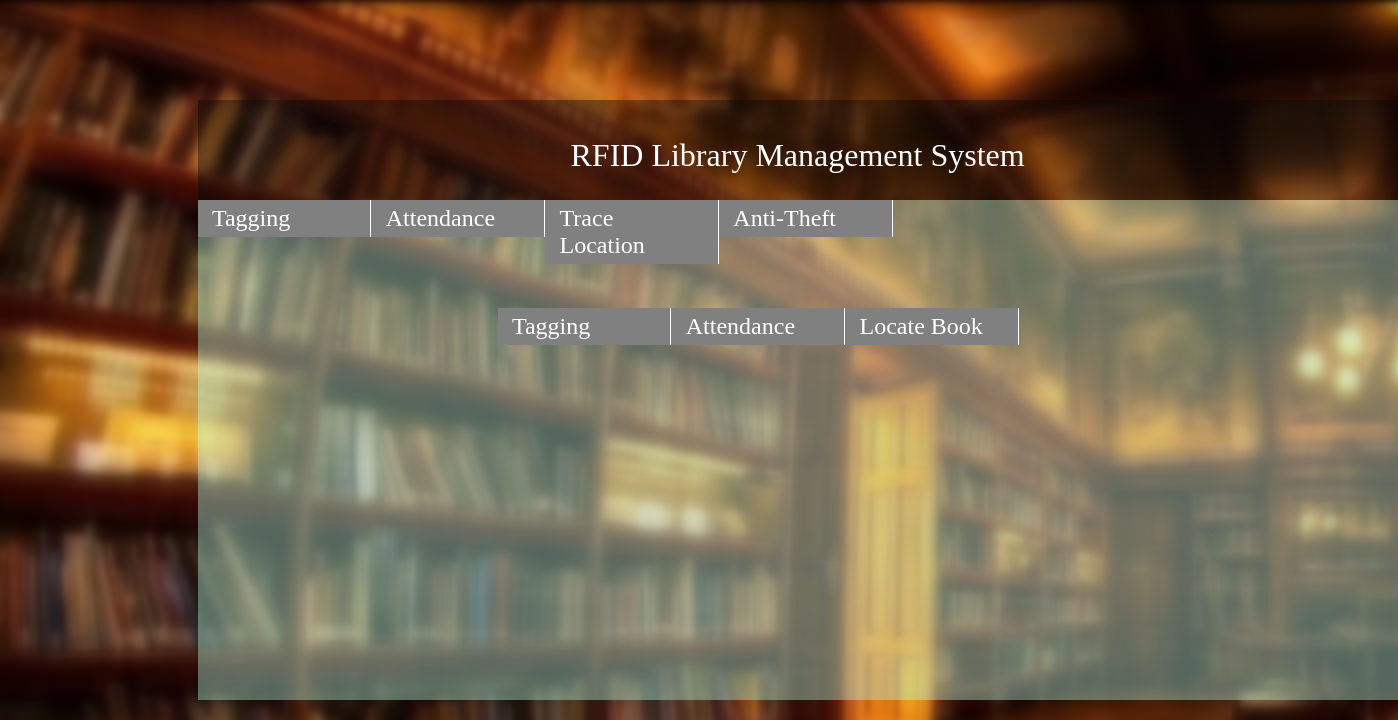
Repository: vigineshs/A-Smart-Data-Analyzer-for-Library-Management-System
Page: http://localhost/librarymgmt/
The author's editor kept a copy of each file at every save. The page is drawn from the files as they stood at one save, then again after the next save.
The browser window is 1280 px wide. The page is 1398 px wide, so the pictures cover 1398 px, including what lies to the right of the window. The pictures show the whole page.
The page is served by Tomcat 9. Other server files are loaded and not shown.

Above is the page before, as saved 2013-02-11 14:25:19.

### PassiveRFID/CS203-Version 1.0.6/Demo Applications/Dot Net C#/Demo Applications Source Code/RFID/librarymgmt/WebContent/index.jsp
<%@ page language="java" contentType="text/html; charset=ISO-8859-1"
    pageEncoding="ISO-8859-1"%>
<!DOCTYPE html>
<html>
<head>
<title>RFID | Library Management System</title>
<link rel="stylesheet" type="text/css" href="page.css ">

</head>
<body  >
<div class="center">
<div id="container">
<div id="header"><br/>
RFID Library Management System
</div>
<div id="content">
<ul>
<li><a href="tag.jsp">Tagging</a></li>
<li><a href="attend.jsp">Attendance</a></li>
<li><a href="locate.jsp">Trace Location</a></li>
<li><a href="#">Anti-Theft</a></li>
</ul>
<br/><br/><br/><br/>
	<div id="lcon">

	</div>
	<div id="rcon">
<ul>
<li><a href="tag.jsp">Tagging</a></li>
<li><a href="attend.jsp">Attendance</a></li>
<li><a href="locate.jsp">Locate Book</a></li>
</ul>
	</div>
</div>
</div>
</div>
</body>
</html>

### PassiveRFID/CS203-Version 1.0.6/Demo Applications/Dot Net C#/Demo Applications Source Code/RFID/librarymgmt/WebContent/page.css
#container
{


width:1200px;
height:500px;
margin:0px;

}

ul
{

width:100%;
padding:0;
margin:0;
list-style-type:none;
}

a
{
float:left;
width:6em;
text-decoration:none;
color:white;
background-color:grey;
padding:0.2em 0.6em;
border-right:1px solid white;
}

a:hover {background-color:white;
color:black;}

li {display:inline;}


.center
{
margin-left:auto;
margin-right:auto;
width:70%;
}

body
{
background-image:url('images/lib.jpg');
}

#header
{
background-image:url('images/header.png');
font-family:Monotype Corsiva;
font-size:32px;
color:white;
height:100px;
text-align:center;
float:center;
margin-top:100px;
}

#content
{
background-image:url('images/content.png');
width:1200px;
height:500px;
margin-left:0px;
overflow:hidden;
font-size:24px;
float:center;
}

#lcon
{
width:300px;
height:100%
overflow:hidden;
}

#rcon
{
width:700px;
height:100%
overflow:hidden;
margin-left:300px;
}

After the next save:
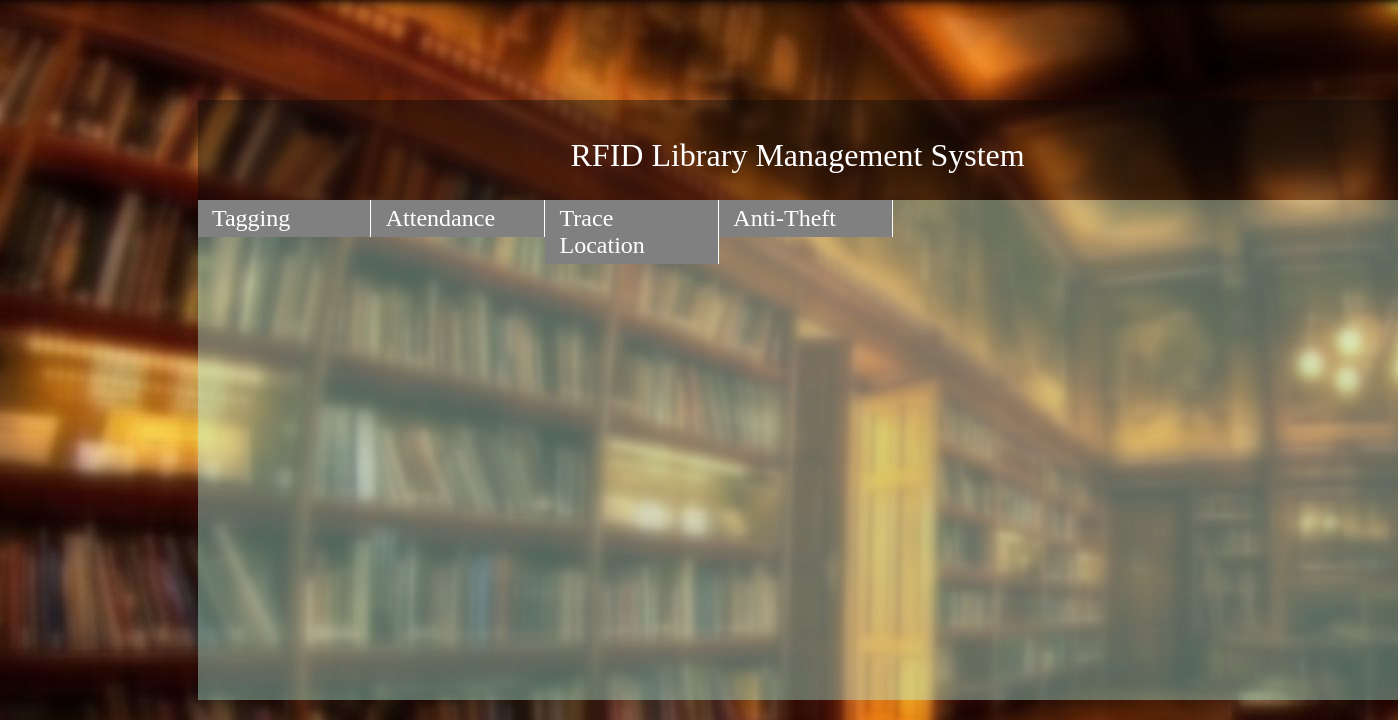
Saved 26 s later.
--- a/PassiveRFID/CS203-Version 1.0.6/Demo Applications/Dot Net C#/Demo Applications Source Code/RFID/librarymgmt/WebContent/index.jsp
+++ b/PassiveRFID/CS203-Version 1.0.6/Demo Applications/Dot Net C#/Demo Applications Source Code/RFID/librarymgmt/WebContent/index.jsp
@@ -25,11 +25,7 @@ RFID Library Management System
 
 	</div>
 	<div id="rcon">
-<ul>
-<li><a href="tag.jsp">Tagging</a></li>
-<li><a href="attend.jsp">Attendance</a></li>
-<li><a href="locate.jsp">Locate Book</a></li>
-</ul>
+
 	</div>
 </div>
 </div>
